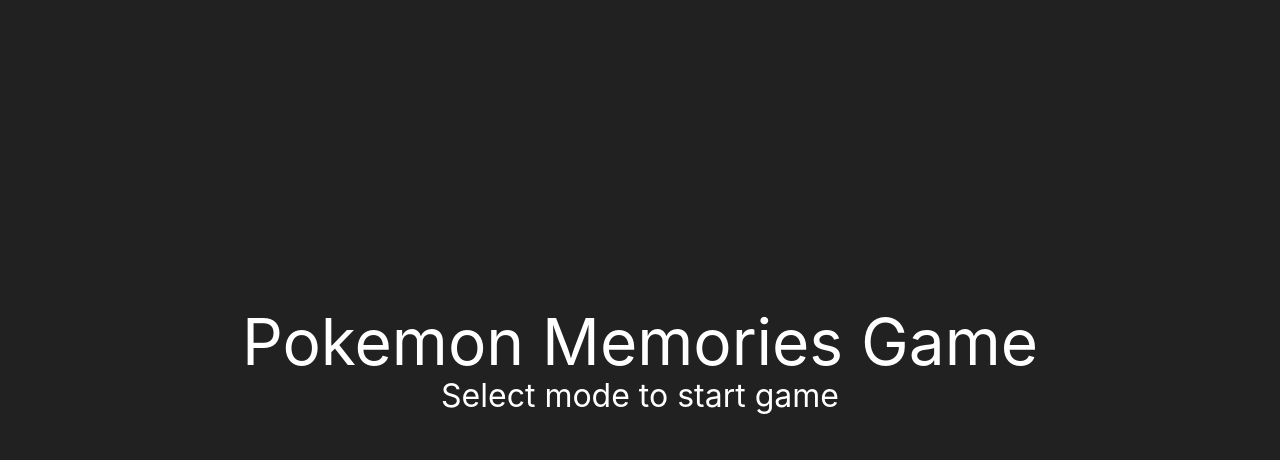
Repository: Kafierence/flip_card
Page: /
An editor plug-in stored every save of this project. The page is shown before and after the next save, followed by the edit.
The browser window is 1280 px wide. The pictures show the whole page.
The project was rebuilt for these pictures with package versions that can differ from the ones it lists, and the page was loaded fresh each time. Also part of the build but not shown: vite.config.js.

Above is the page before, as saved 2022-09-20 14:18:28.

After the next save:
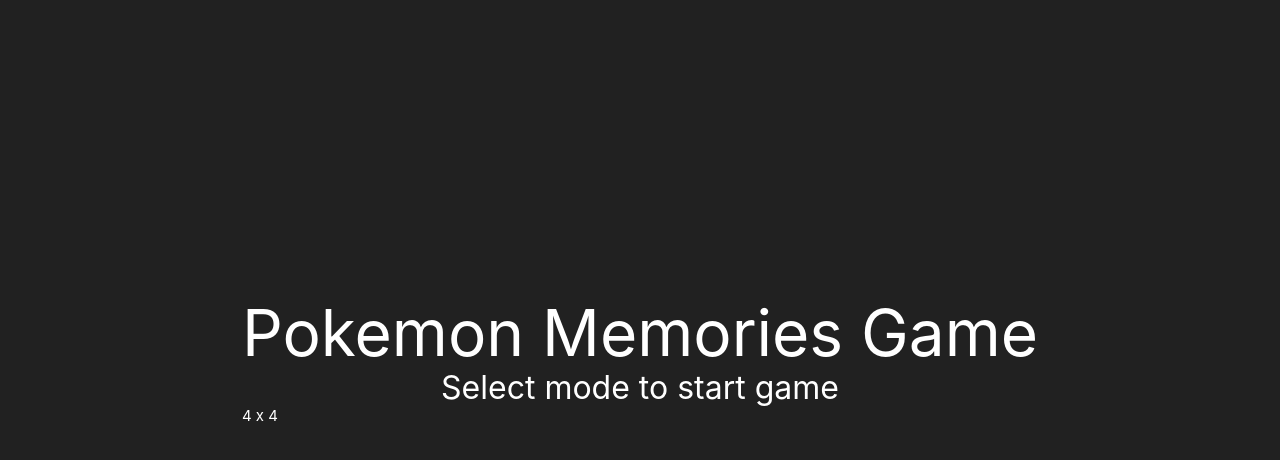
Saved 7 s later.
--- a/src/views/Welcome.vue
+++ b/src/views/Welcome.vue
@@ -17,7 +17,7 @@
             Select mode to start game
         </div>
         <div class="mode_select">
-
+            <box-vue />
         </div>
     </div>
 </template>
